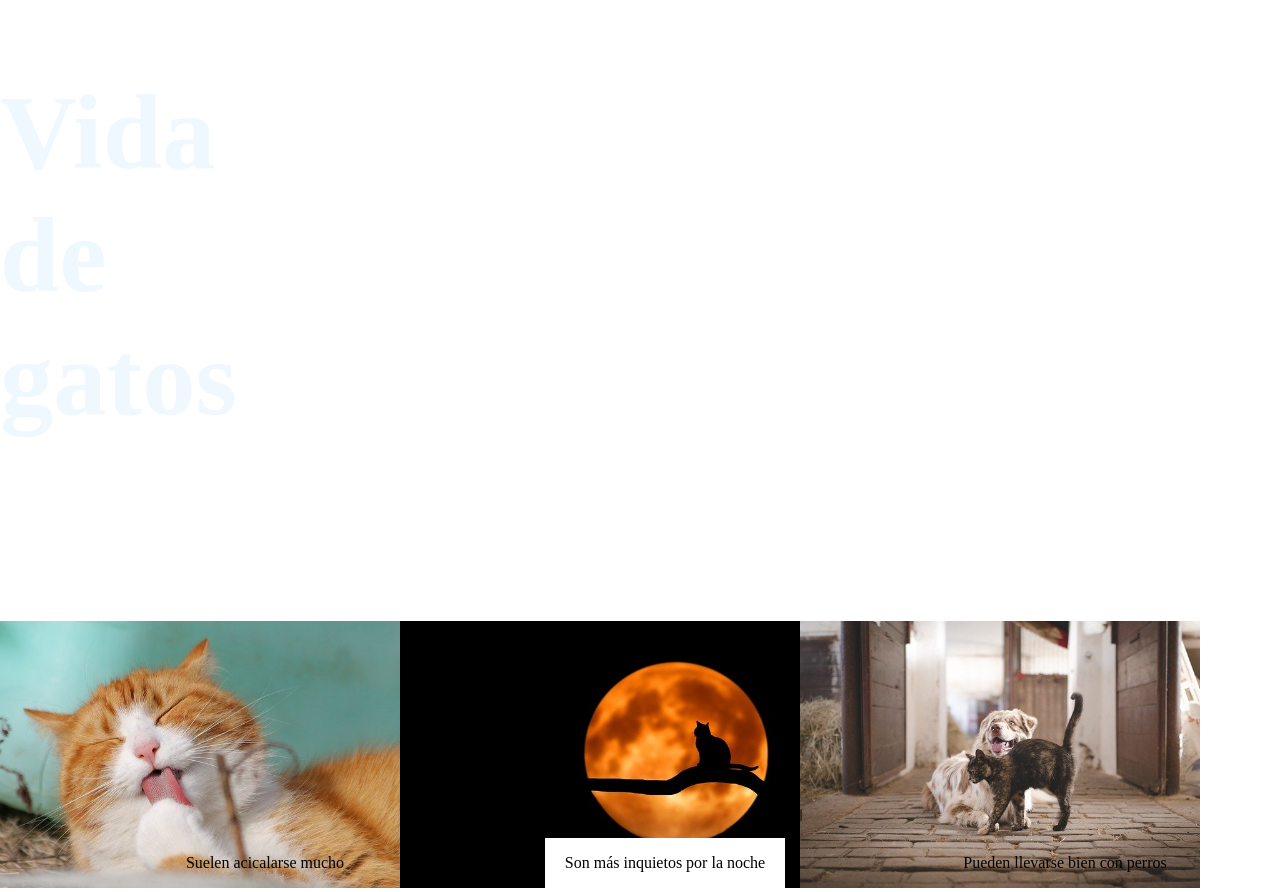
Repository: ScoggoDev/DesarrolloWeb
Page: tarea en equipo 1/tep3/vidadegatos/index.html
These files come from the project's save history. The page is drawn as it stood at one moment and after the next save; the edit follows.
The browser window is 1280 px wide. The pictures show the whole page.

Above is the page before, as saved 2021-07-14 20:54:51.

After the next save:
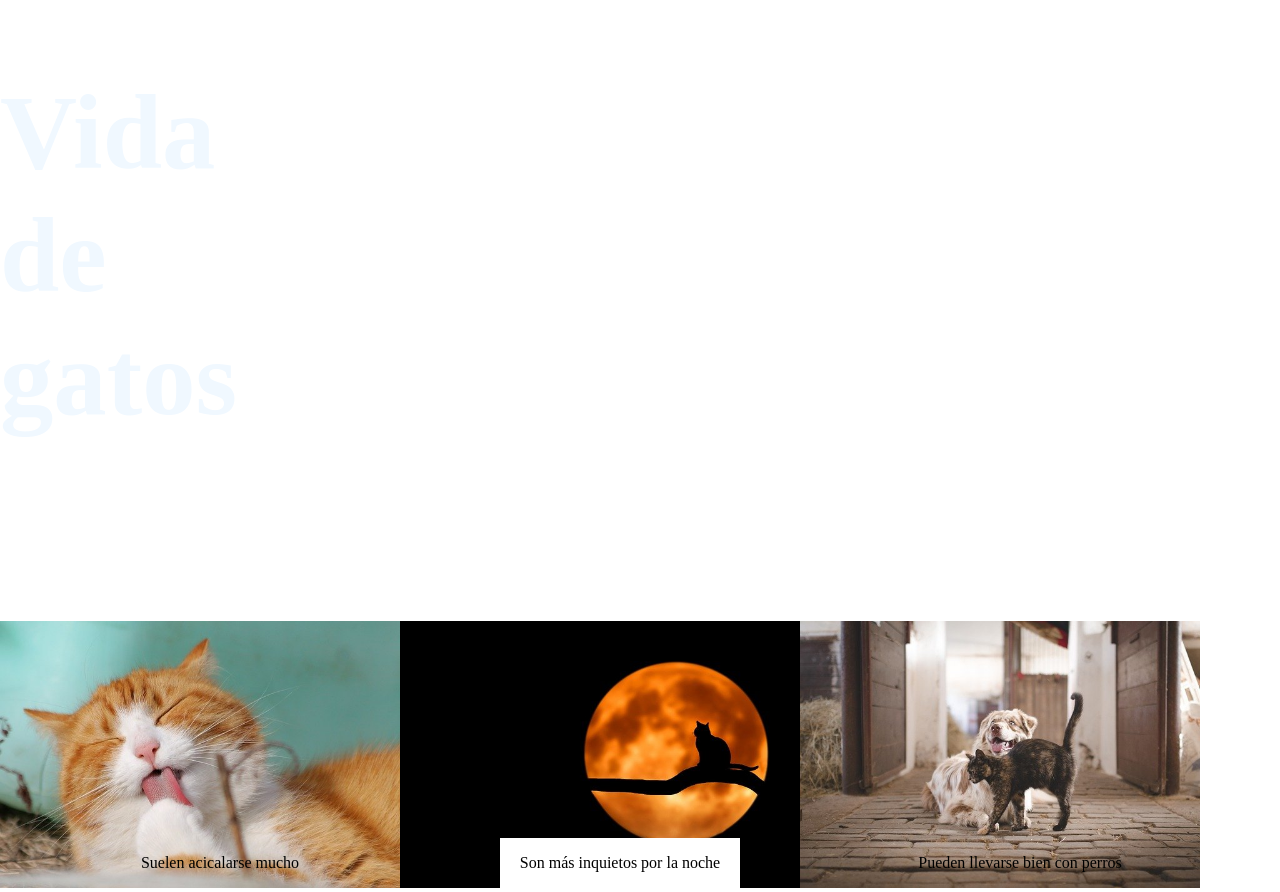
Saved 6 s later.
--- a/tarea en equipo 1/tep3/vidadegatos/css/estilos.css
+++ b/tarea en equipo 1/tep3/vidadegatos/css/estilos.css
@@ -38,7 +38,7 @@ body{
     position: absolute;
     z-index: 999;
     margin: 0 auto;
-    left: 130px;
+    left: 10%;
     right: 0;
     top: 80%; /* Adjust this value to move the positioned div up and down */
     text-align: center;
